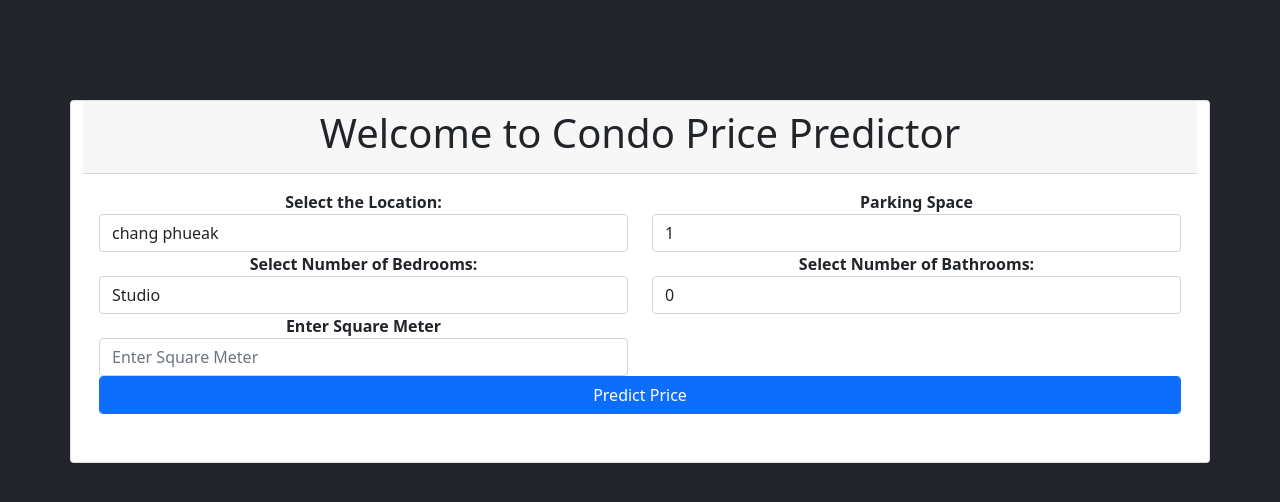
Repository: myothida/condoprice_CNX
Page: http://localhost/
These files come from the project's save history. The page is drawn as it stood at one moment and after the next save; the edit follows.
The browser window is 1280 px wide. The pictures show the whole page.
The page is served by the project's application, run on Flask 3 (main.py).

Above is the page before, as saved 2023-09-26 23:12:05.

After the next save:
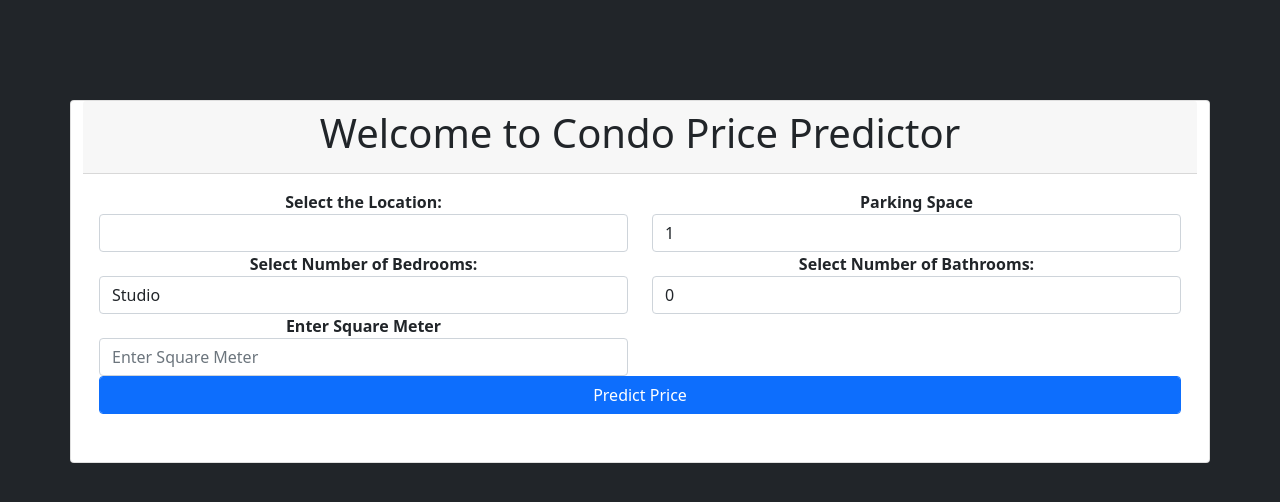
Saved 41 s later.
--- a/main.py
+++ b/main.py
@@ -11,8 +11,8 @@
 def index():
 
 
-    locations = sorted(data['location'].unique())
-    return render_template('index.html' ,locations=locations)
+    location = sorted(data['location'].unique())
+    return render_template('index.html' ,location=location)
 
 
 @app.route('/predict' , methods=['POST'])

After the 3 saves that followed:
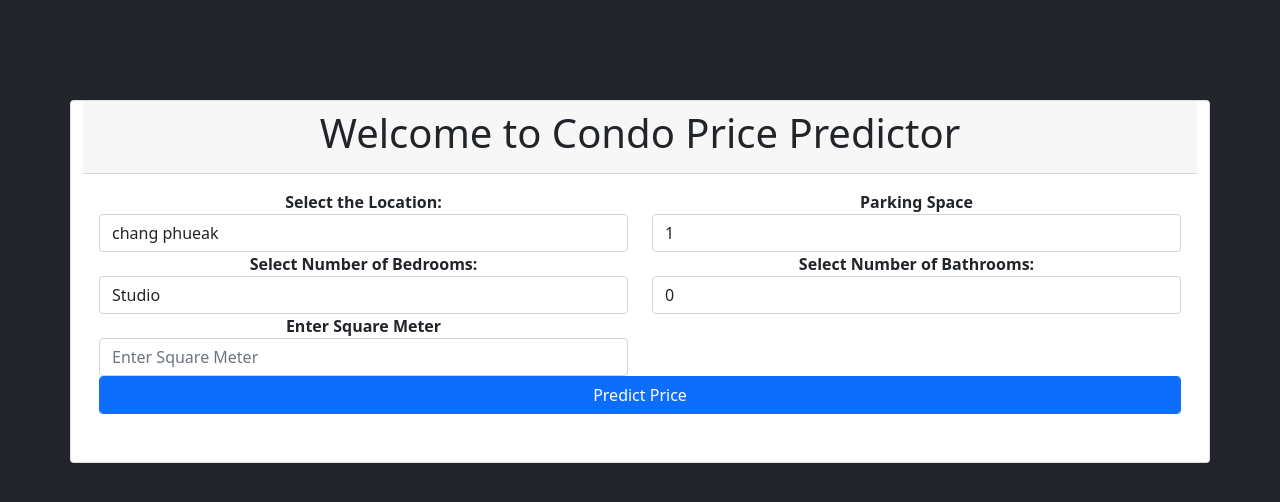
The 3 saves are shown as one change because 1 left the picture as it was and some came seconds apart.
The last was saved 31 s later.
--- a/main.py
+++ b/main.py
@@ -11,8 +11,8 @@
 def index():
 
 
-    location = sorted(data['location'].unique())
-    return render_template('index.html' ,location=location)
+    locations = sorted(data['location'].unique())
+    return render_template('index.html' ,locations=locations)
 
 
 @app.route('/predict' , methods=['POST'])
@@ -23,8 +23,8 @@
     bathroom = request.form.get('bathroom')
     parking = request.form.get('parking')
 
-    print(location ,sqm , bedroom , bathroom , parking )
-    input = pd.DataFrame([[location,sqm,bedroom,bathroom,parking]],columns=['location' ,'sqm' ,'bedroom','bathroom','parking'])
+    print( location ,sqm , bedroom , bathroom , parking )
+    input = pd.DataFrame([[ location,sqm,bedroom,bathroom,parking ]],columns=['location' ,'sqm' ,'bedroom','bathroom','parking'])
     prediction = pipe.predict(input)[0]
 
 
